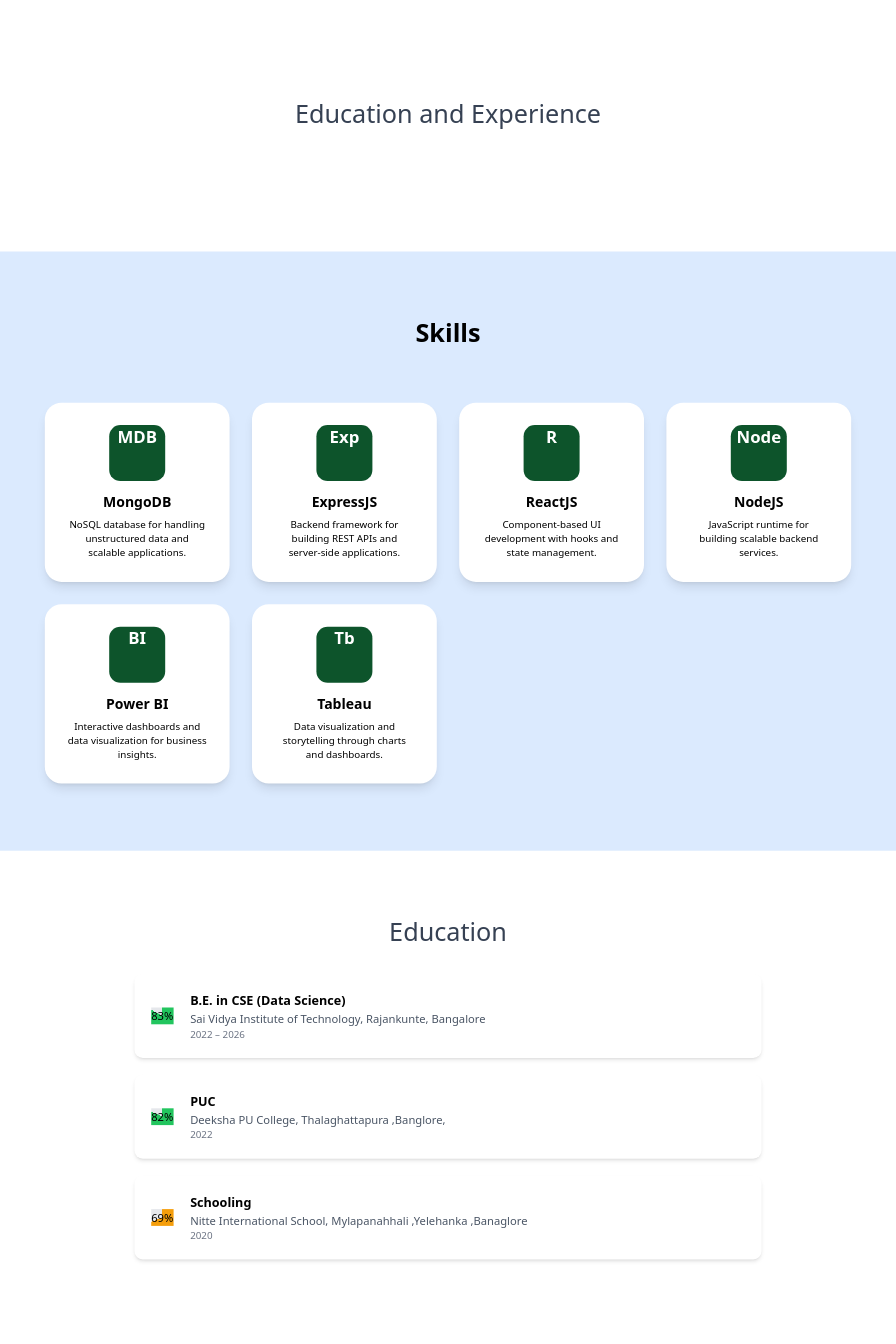
Repository: Rhaashee/myProfile
Page: index.html
These files come from the project's save history. The page is drawn as it stood at one moment and after the next save; the edit follows.
The browser window is 1280 px wide. The pictures show the part of the page from y = 1945 to 3865 px (the page is 3865 px tall before and 3433 px after), at 70% of full size.

Above is the page before, as saved 2026-04-29 16:36:07.
Console error: SyntaxError: Identifier 'projectsData' has already been declared

After the next save:
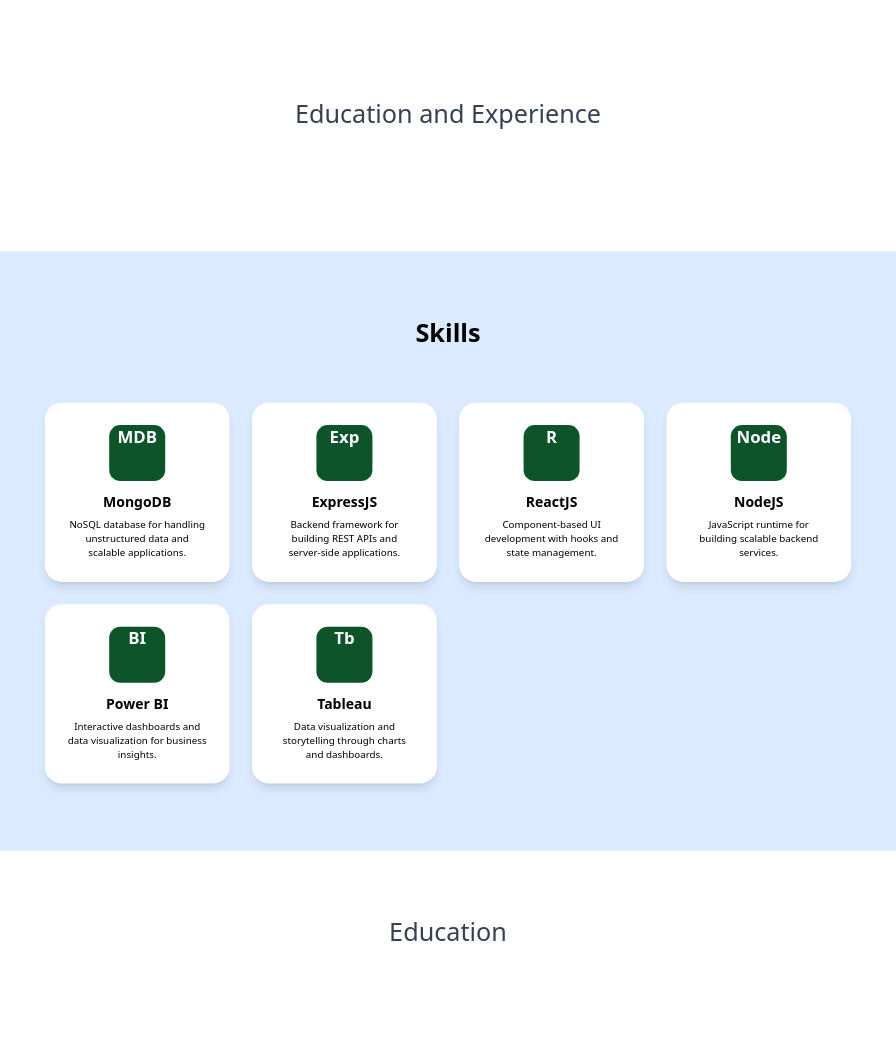
Saved 36 s later.
--- a/js/features/education-render.js
+++ b/js/features/education-render.js
@@ -18,17 +18,19 @@
         const value = edu.percentage; // use percentage instead of score
 
         // Color logic
-        let color = "#ef4444"; // red
-        if (value >= 80) color = "#22c55e"; // green
-        else if (value >= 70) color = "#3b82f6"; // blue
-        else if (value >= 60) color = "#f59e0b"; // yellow
+        const circle = document.createElement("div");
+circle.className = "progress-circle";
 
-        circle.style.background =
-            `conic-gradient(${color} ${value}%, #e5e7eb ${value}%)`;
+const value = edu.percentage;
 
-        const inner = document.createElement("div");
-        inner.className = "inner-circle";
-        inner.textContent = value + "%";
+circle.style.background =
+  `conic-gradient(#2563eb ${value}%, #bfdbfe ${value}%)`;
+
+const inner = document.createElement("div");
+inner.className = "inner-circle";
+inner.textContent = value + "%";
+
+circle.appendChild(inner);
 
         circle.appendChild(inner);
 

After the save that followed:
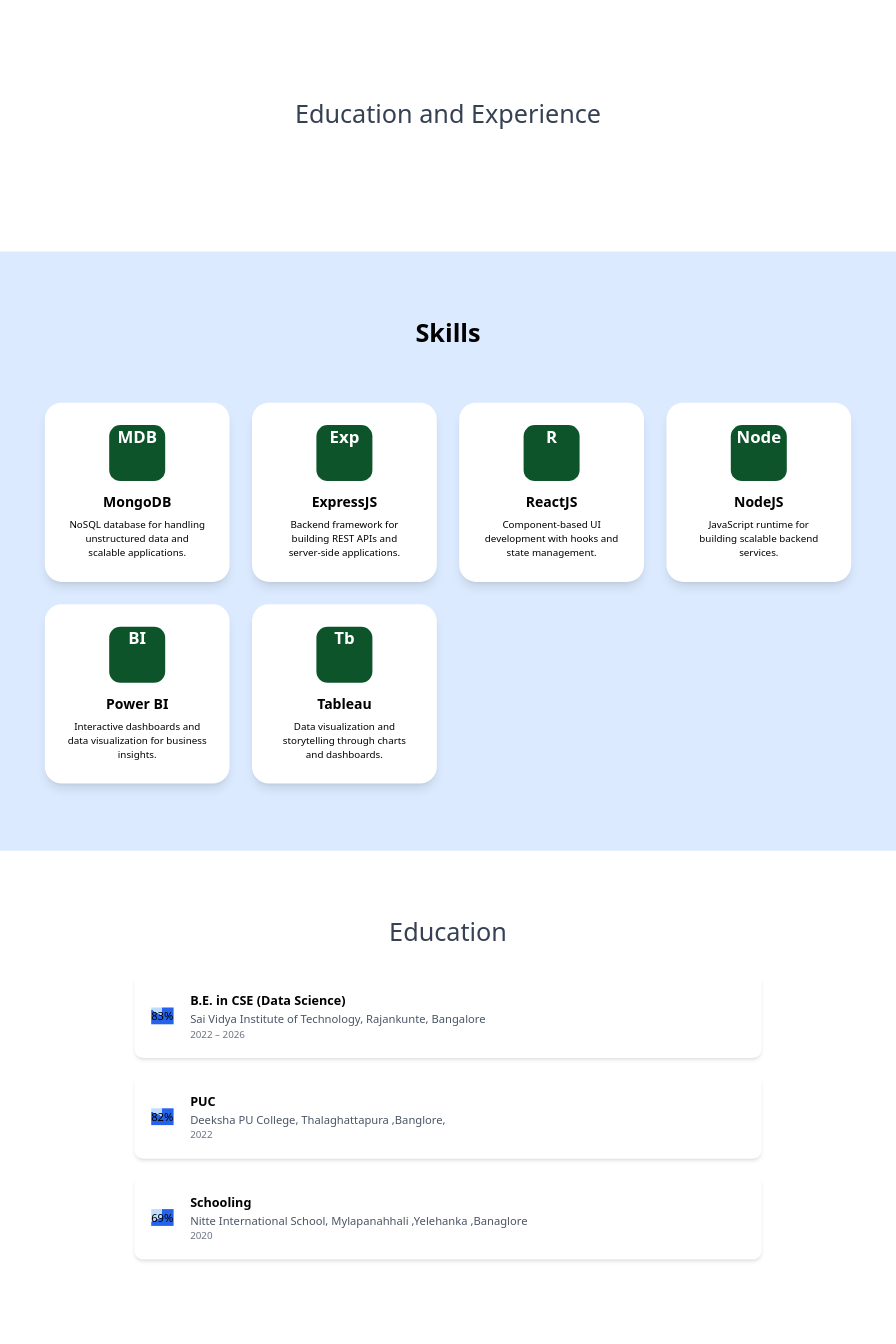
Saved 22 s later.
--- a/js/features/education-render.js
+++ b/js/features/education-render.js
@@ -7,34 +7,28 @@
 
     educationData.forEach((edu) => {
 
+        // CARD
         const card = document.createElement("div");
         card.className =
             "flex items-center gap-6 bg-white dark:bg-blue-50 p-6 mb-6 rounded-xl shadow-md hover:shadow-lg transition";
 
-        // DONUT CIRCLE
+        // 🔵 DONUT CIRCLE
         const circle = document.createElement("div");
         circle.className = "progress-circle";
 
-        const value = edu.percentage; // use percentage instead of score
+        const value = edu.percentage;
 
-        // Color logic
-        const circle = document.createElement("div");
-circle.className = "progress-circle";
+        // BLUE DONUT
+        circle.style.background =
+            `conic-gradient(#2563eb ${value}%, #bfdbfe ${value}%)`;
 
-const value = edu.percentage;
-
-circle.style.background =
-  `conic-gradient(#2563eb ${value}%, #bfdbfe ${value}%)`;
-
-const inner = document.createElement("div");
-inner.className = "inner-circle";
-inner.textContent = value + "%";
-
-circle.appendChild(inner);
+        const inner = document.createElement("div");
+        inner.className = "inner-circle";
+        inner.textContent = value + "%";
 
         circle.appendChild(inner);
 
-        // TEXT SECTION
+        // 📝 TEXT
         const textBox = document.createElement("div");
 
         const title = document.createElement("h3");
@@ -51,7 +45,7 @@
 
         textBox.append(title, inst, duration);
 
-        // FINAL APPEND
+        // FINAL
         card.append(circle, textBox);
         container.appendChild(card);
     });
